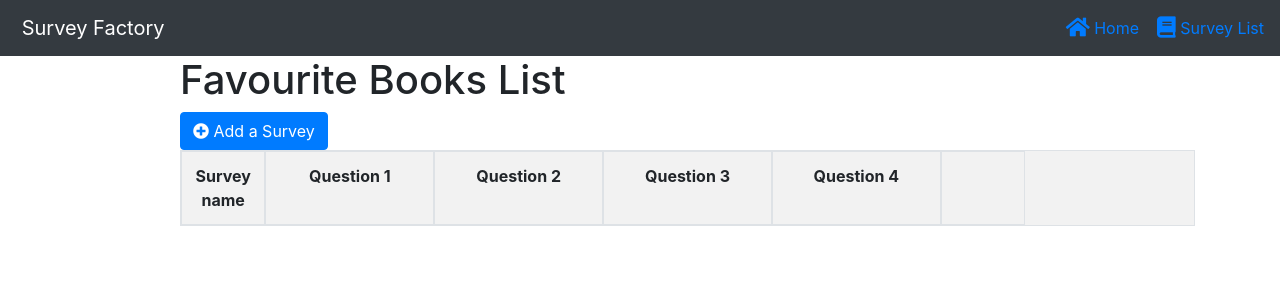
Repository: lord-NAVY/titans
Page: http://localhost/book-list
The author's editor kept a copy of each file at every save. The page is drawn from the files as they stood at one save, then again after the next save.
The browser window is 1280 px wide. The pictures show the whole page.
The page is served by the project's Node server (server.js). Queries for data that is not in the repository find no rows.

Above is the page before, as saved 2021-11-09 21:01:27.

After the next save:
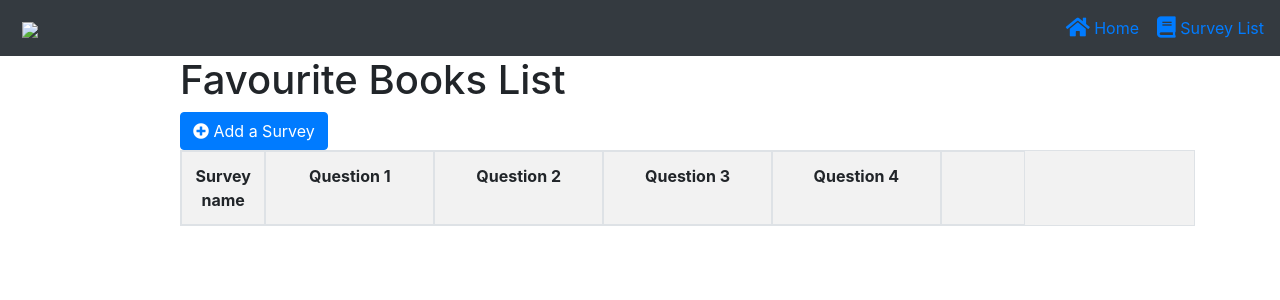
Not found: images/LOGO.png
Saved 97 s later.
--- a/server/views/partials/main_nav.ejs
+++ b/server/views/partials/main_nav.ejs
@@ -1,6 +1,6 @@
 <!-- Main Navigation -->
   <nav class="navbar navbar-expand-lg navbar-dark bg-dark">
-      <a class="navbar-brand" href="/"><i class="fa fa-bookmark-o"></i> Survey Factory</a>
+      <a class="navbar-brand" href="/"><i class="fa fa-bookmark-o"></i> <img src="images/LOGO.png" Survey Factory</a>
     <button class="navbar-toggler" type="button" data-toggle="collapse" data-target="#navbarSupportedContent" aria-controls="navbarSupportedContent" aria-expanded="false" aria-label="Toggle navigation">
       <span class="navbar-toggler-icon"></span>
     </button>
